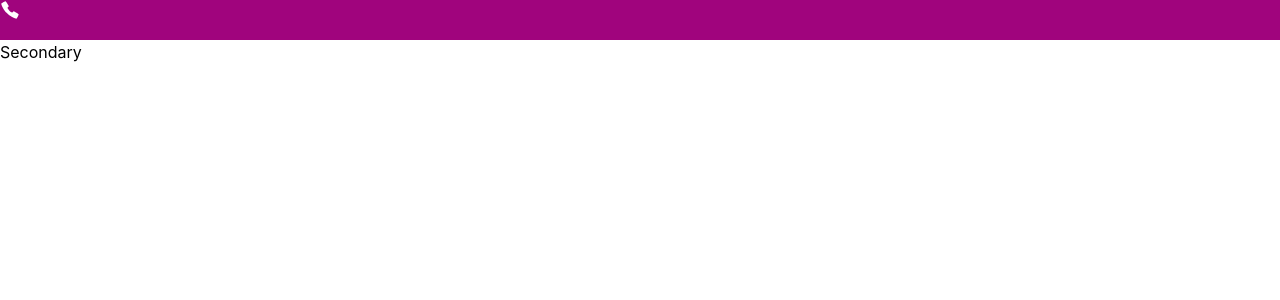
Repository: Sushant203/react-training-
Page: /
These files come from the project's save history. The page is drawn as it stood at one moment and after the next save; the edit follows.
The browser window is 1280 px wide. The pictures show the whole page.
The project was rebuilt for these pictures with package versions that can differ from the ones it lists, and the page was loaded fresh each time. Also part of the build but not shown: src/App.css, src/components/LowerNav.jsx, src/components/UpperNav.jsx.

Above is the page before, as saved 2022-12-19 09:26:39.

### src/App.js

import './App.css';
import LowerNav from './components/LowerNav';
import UpperNav from './components/UpperNav';
import Layout from './Hoc/Layout/Layout'

function App() {
  return (
    <div>
     <Layout />
    </div>
  );
}

export default App;

### src/Hoc/Layout/Layout.jsx
import React from "react";
import Toolbar from "../../components/Naviagtion/Toolbar/index";

function Layout() {
  return (
    <div>
      {/* toolbar */}
      <Toolbar />
    </div>
  );
}

export default Layout;

### src/components/Naviagtion/Toolbar/index.jsx
import React from "react";
import Header from "./header";
import Secondary from "./Secondary";

function Index() {
  return (
    <div className="h-10 bg-red-400 w-screen">
      <Header />
      <Secondary />
    </div>
  );
}

export default Index;

### src/components/Naviagtion/Toolbar/header.jsx
import React from "react";
import { IoCallSharp } from "react-icons/io5";
function Header() {
  return (
    <div className="h-10 bg-mainColor w-full">
      <div>
        <div>
          <IoCallSharp className="text-xl text-white" />
        </div>
      </div>
    </div>
  );
}

export default Header;

### src/components/Naviagtion/Toolbar/Secondary.jsx
import React from "react";

function Secondary() {
  return <div>Secondary</div>;
}

export default Secondary;

### tailwind.config.js
/** @type {import('tailwindcss').Config} */
module.exports = {
  content: [
    "./src/**/*.{js,jsx,ts,tsx}",
  ],
  theme: {
    extend: {
      colors:{
        mainColor:'#A0047D'
      }
    },
  },
  plugins: [],
}

Loaded but not shown: public/index.html (common file); src/index.js (common file); src/index.css (common file); src/reportWebVitals.js (common file)

After the next save:
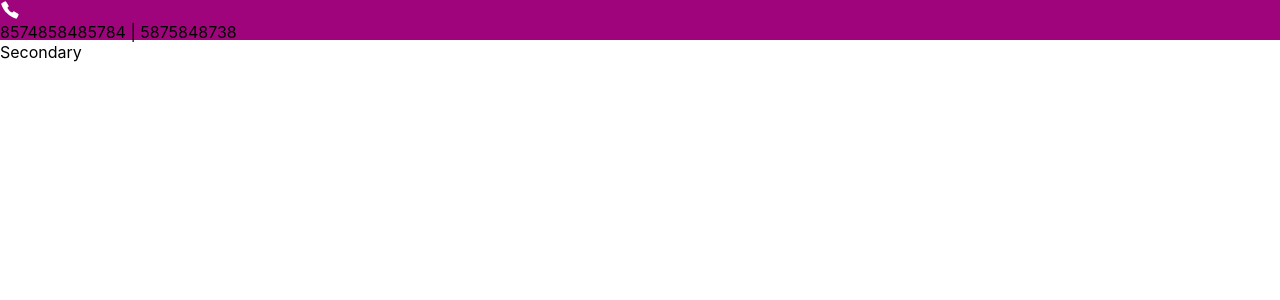
Saved 27 s later.
--- a/src/components/Naviagtion/Toolbar/header.jsx
+++ b/src/components/Naviagtion/Toolbar/header.jsx
@@ -6,6 +6,7 @@ function Header() {
       <div>
         <div>
           <IoCallSharp className="text-xl text-white" />
+          8574858485784 | 5875848738
         </div>
       </div>
     </div>
